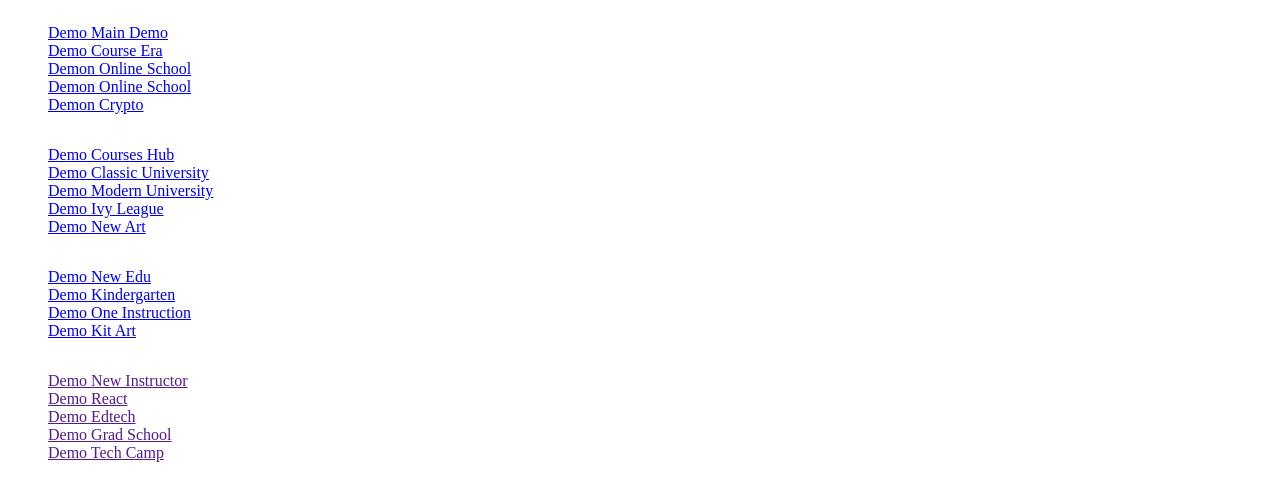
Repository: ibrkhalil/EduWebsite
Page: test.html
The author's editor kept a copy of each file at every save. The page is drawn from the files as they stood at one save, then again after the next save.
The browser window is 1280 px wide. The pictures show the whole page.

Above is the page before, as saved 2020-11-18 15:09:36.

### test.html
<!DOCTYPE html>
<html lang="en">
<head>
    <meta charset="UTF-8">
    <meta name="viewport" content="width=device-width, initial-scale=1.0">
    <title>Document</title>
</head>
<body>
    <div class="dd1">
    <ul>
        <li><a href="#">Demo Main Demo</a></li>
        <li><a href="#">Demo Course Era</a></li>
        <li><a href="#">Demon Online School</a></li>
        <li><a href="#">Demon Online School</a></li>
        <li><a href="#">Demon Crypto</a></li>
    </ul>
    <ul>
        <li><a href="#">Demo Courses Hub</a></li>
        <li><a href="#">Demo Classic University</a></li>
        <li><a href="#">Demo Modern University</a></li>
        <li><a href="#">Demo Ivy League</a></li>
        <li><a href="#">Demo New Art</a></li>
    </ul>
    <ul>
        <li><a href="#">Demo New Edu</a></li>
        <li><a href="#">Demo Kindergarten</a></li>
        <li><a href="#">Demo One Instruction</a></li>
        <li><a href="#">Demo Kit Art</a></li>
        <li></li>
    </ul>
    <ul>
        <li><a href="">Demo New Instructor</a></li>
        <li><a href="">Demo React</a></li>
        <li><a href="">Demo Edtech</a></li>
        <li><a href="">Demo Grad School</a></li>
        <li><a href="">Demo Tech Camp</a></li>
    </ul>
</div>
</body>
<style>
    .dd1{
        display: flex;
        flex-direction: column;
    }
    ul{
        display: flex;
        text-decoration: none;
        list-style-type: none;
        flex-direction: column;
    }
</style>
</html>

After the next save:
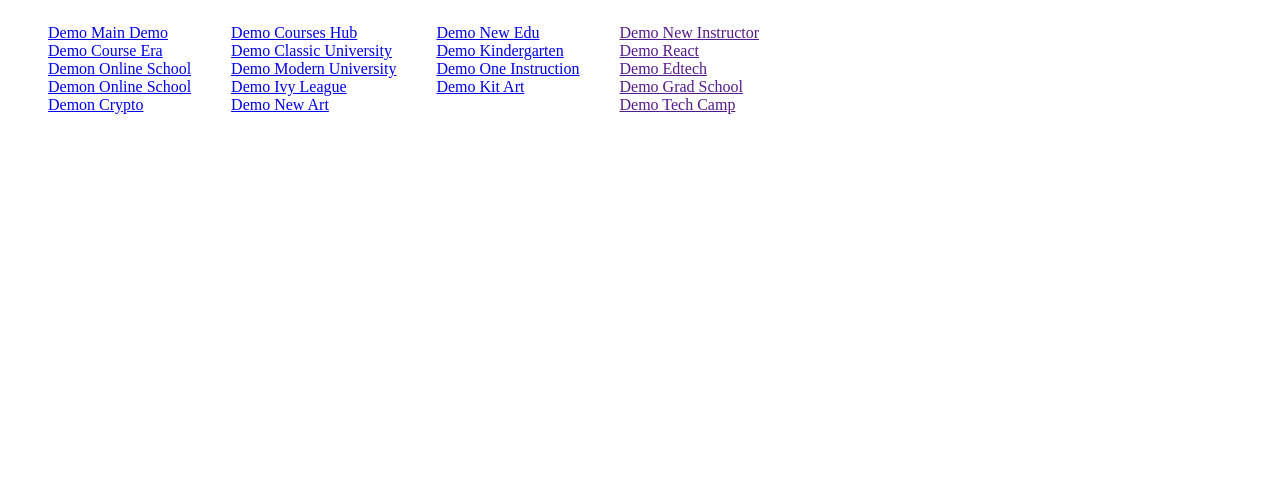
Saved 7 s later.
--- a/test.html
+++ b/test.html
@@ -40,7 +40,7 @@
 <style>
     .dd1{
         display: flex;
-        flex-direction: column;
+        /* flex-direction: column; */
     }
     ul{
         display: flex;
